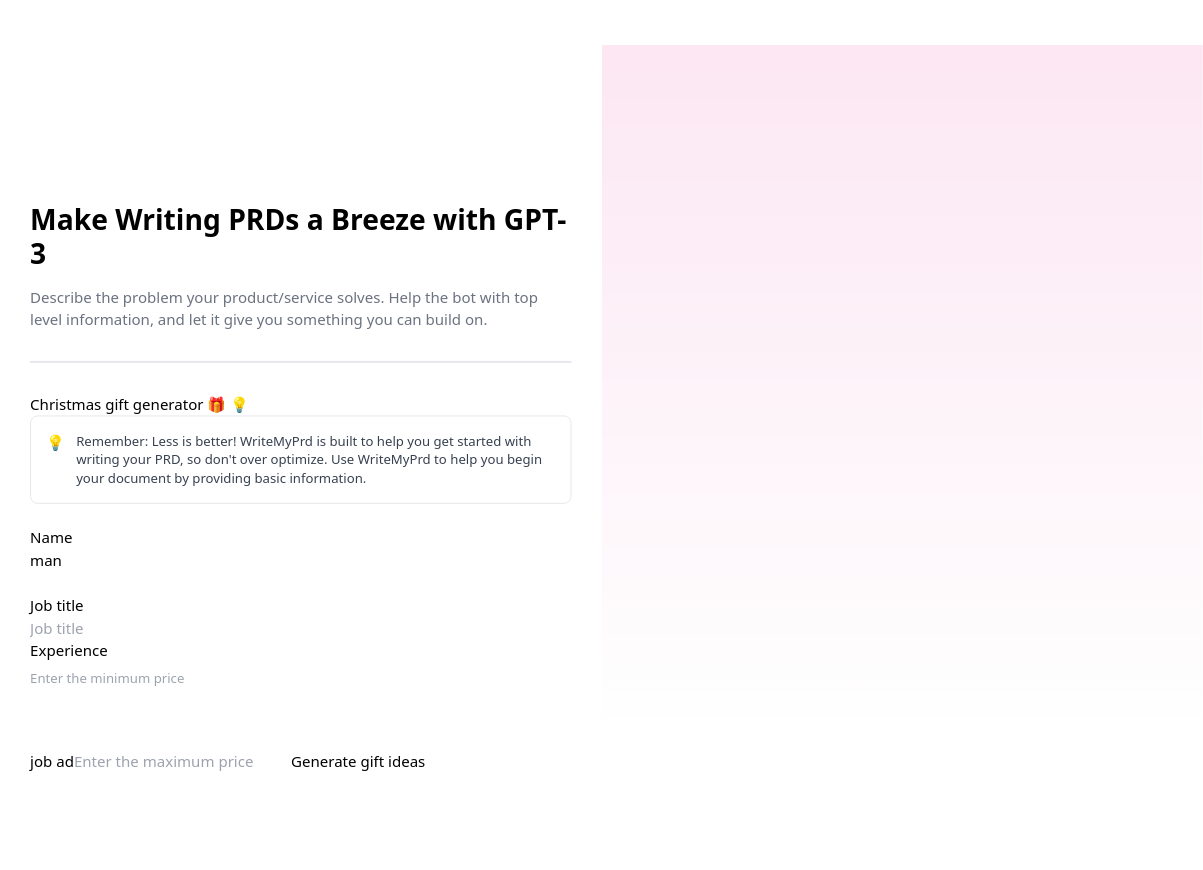
Repository: hamza-mastar/chatgpt-jpbad
Page: /
These files come from the project's save history. The page is drawn as it stood at one moment and after the next save; the edit follows.
The browser window is 1280 px wide. The pictures show the whole page, at 94% of full size.
The project was rebuilt for these pictures with package versions that can differ from the ones it lists, and the page was loaded fresh each time. The framework's server and built-in components were replaced by stand-ins that run in the browser.

Above is the page before, as saved 2023-01-30 04:42:23.

### pages/_app.js
import 'tailwindcss/tailwind.css'

import '../styles/globals.css'

export default function MyApp({ Component, pageProps }) {
  return <Component {...pageProps} />
}

### pages/index.js
import Head from 'next/head';
import React from 'react';
import { useState } from 'react';

import styles from './index.module.css';


// import './gifts.css'




export default function Home() {
  const [name, setName] = useState('man');
  const [job_title, setJob_title] = useState("");
  const [experience, setExperience] = useState("");
  const [job_ad, setJob_ad] = useState("");

  const [loading, setLoading] = useState(false);

  const [result, setResult] = useState('');

  async function onSubmit(event) {
    event.preventDefault();
    if (loading) {
      return;
    }
    setLoading(true);
    setResult('hamza');
    const response = await fetch('/api/generate-gifts', {
      method: 'POST',
      headers: {
        'Content-Type': 'application/json',
      },
      body: JSON.stringify({ name, job_title, experience, job_ad}),
    });
    const data = await response.json();
    setResult(data.result.replaceAll('\n', '<br />'));
    setLoading(false);
  }


  return (
    <>



    <dody class="h-full px-5 sm:px-6">
      <div class="flex relative sm:flex-col md: flex-col">

      <Head>
        <title>OpenAI Quickstart</title>
        <link rel="icon" href="/dog.png" />
      </Head>

      <main className={styles.main}>
     <div class="min-h-screen w-full lg:w-1/2 relative">
    <div class="h-full px-5 sm:px-6">
      <div class="h-full w-full max-w-xl mx-auto flex flex-col after:mt-auto after:flex-1">
        <header class="sm:flex-1 flex mb-auto sm:py-10 pt-6 items-center sm:justify-between flex-col sm:flex-row" >
          <div class="flex items-center justify-between h-24 md:h-20"> </div>

            {/* logo icone login  */}
            </header>
            <div class="flex-1 py-8">
           <div  class="mb-4" >
           <h1 class="text-3xl font-bold font-inter mb-2"> Make Writing PRDs a Breeze with GPT-3 </h1>
           <div class="text-gray-500 mt-4 mb-6"> Describe the problem your product/service solves. Help the bot with top level information, and let it give you something you can build on. </div>
           <div class="divide-y divide-gray-200 my-8 relative border"></div>





        <h3  >Christmas gift generator 🎁 💡</h3>
        <form  onSubmit={onSubmit} class="mb-12 relative">
        <div class="rounded-lg bg-white border p-4"><div class="flex"><div class="flex-shrink-0">💡</div><div class="ml-3 flex-1 md:flex md:justify-between"><p class="text-sm text-gray-700 font-medium"> Remember: Less is better! WriteMyPrd is built to help you get started with writing your PRD, so don't over optimize. Use WriteMyPrd to help you begin your document by providing basic information. </p></div></div></div>
        <div>
          <div class="py-6">
          <label >Name</label>
          <input class="form-input w-full"
            type="text"
            name="name"
            placeholder="Enter the Name"
            value={name}
            onChange={(e) => setName(e.target.value)}
          />
          </div>


          <label>Job title</label>
          <input class="form-input w-full"
            type="text"
            name="job_title"
            placeholder="Job title"
            value={job_title}
            onChange={(e) => setJob_title(e.target.value)}
          />

          <label>Experience </label>
          <textarea class="form-textarea text-sm pt-2 w-full resize-none" rows="4"
          type="textarea"
          name="experience"
          placeholder="Enter the minimum price"
          value={experience}
          onChange={(e) => setExperience(e.target.value)} >

            </textarea>

          <label> job ad</label>
          <input
            type="text"
            name="job_ad"
            placeholder="Enter the maximum price"
            value={job_ad}
            onChange={(e) => setJob_ad(e.target.value)}
          />



          <input type="submit" value="Generate gift ideas" />
          </div>
        </form>
        </div>
       </div>
        </div>
        </div>
          </div>

          {/* loging page ////////////////// */}

          <div class="relative lg:fixed right-0 bottom-0 lg:block lg:w-1/2 overflow-hidden sm:px-5 lg:h-full h-auto overflow-y-auto top-12">
            <div class="absolute inset-0 bg-gradient-to-b from-pink-100 to-white pointer-events-none -z-10" >
              {/* <div class="hidden md:block absolute right-0 pointer-events-none -z-10"> */}
                <div class="h-auto">
                {/* <div class="p-6 pb-0 h-[calc(100vh-6rem)]" > */}
                {/* <div class="form-textarea relative text-base w-full p-4 px-8 overflow-scroll h-[calc(100%-1rem)] shadow-2xl flex items-center justify-center" > */}
                {/* <div class="text-pink-600 font-mono text-left text-base font-semibold absolute top-4 left-4"> */}
        {loading && (
          <div>
            <h3>Looking for the best gift ideas 🎁 💡</h3>
            <img src="/loading.gif" className={styles.loading} />
          </div>



        )}
        <div class="is-typed pb-0 h-[calc(100vh-6rem)] form-textarea relative text-base w-full p-4 px-8 overflow-scroll   flex items-center justify-center "
          className={styles.result}
          dangerouslySetInnerHTML={{ __html: result }}


        />
        </div>
        </div>
        </div>
        {/* </div> */}
        {/* </div> */}
        {/* </div>
        </div> */}
      </main>
      </div>

      </dody>


    </>
  );
}
// Name Job_title Experience job_ad

### pages/index.module.css


@font-face {
  font-family: "ColfaxAI";
  src: url(https://cdn.openai.com/API/fonts/ColfaxAIRegular.woff2)
      format("woff2"),
    url(https://cdn.openai.com/API/fonts/ColfaxAIRegular.woff) format("woff");
  font-weight: normal;
  font-style: normal;
}
@font-face {
  font-family: "ColfaxAI";
  src: url(https://cdn.openai.com/API/fonts/ColfaxAIBold.woff2) format("woff2"),
    url(https://cdn.openai.com/API/fonts/ColfaxAIBold.woff) format("woff");
  font-weight: bold;
  font-style: normal;
}
/* .main,
.main input {
  font-size: 16px;
  line-height: 24px;
  color: #353740;
  font-family: "ColfaxAI", Helvetica, sans-serif;
}
.main {
  display: flex;
  flex-direction: column;
  align-items: center;
  padding-top: 60px;
}
.main .icon {
  width: 34px;
}
.main h3 {
  font-size: 32px;
  line-height: 40px;
  font-weight: bold;
  color: #202123;
  margin: 16px 0 40px;
}
.main form {
  display: flex;
  flex-direction: column;
  width: 320px;
}
.main input[type="text"] {
  padding: 12px 16px;
  border: 1px solid #10a37f;
  border-radius: 4px;
  margin-bottom: 24px;
  outline-color: #10a37f;
}
.main ::placeholder {
  color: #8e8ea0;
  opacity: 1;
}
.main input[type="submit"] {
  padding: 12px 0;
  color: #fff;
  background-color: #10a37f;
  border: none;
  border-radius: 4px;
  text-align: center;
  cursor: pointer;
}
.main .result {
  padding: 100px;
  font-weight: bold;
  margin-top: 40px;
  position:absolute;
  display: flex;
  justify-content: end;
} */

.main .loading {
  width: 50;
}

/* .main input[type="text"],
.main input[type="number"],
.main select {
  padding: 12px 16px;
  border: 1px solid #10a37f;
  border-radius: 4px;
  margin-bottom: 12px;
  margin-top: 4px;
}
.hamza {
  background-color: #10a37f;
} */






.relative {
  position: relative;
}

.nano {
  background-color: white;
  color: black;
  display: flex;
  overflow: scroll;
}

.form-textarea{
  border-width: 1px;
  --tw-border-opacity: 1;
  border-color: rgb(209 213 219 / var(--tw-border-opacity));
  --tw-bg-opacity: 1;
  background-color: rgb(255 255 255 / var(--tw-bg-opacity));
  height: 600px;
  width: 600px;
}

.texxt-base {
  font-size: 18px;
  line-height: 1.5;
  letter-spacing: -.01em;
  color: black

}
.typed {
  color: #1f2937;
  white-space: break-spaces;
  font-size: 100px;
}
@media only screen and (max-width: 600px) {
  .goho {
    width: auto;
    display: flex;
    justify-content:center ;

  }
}

Loaded but not shown: styles/globals.css (common file); tailwind.config.js (common file)

After the next save:
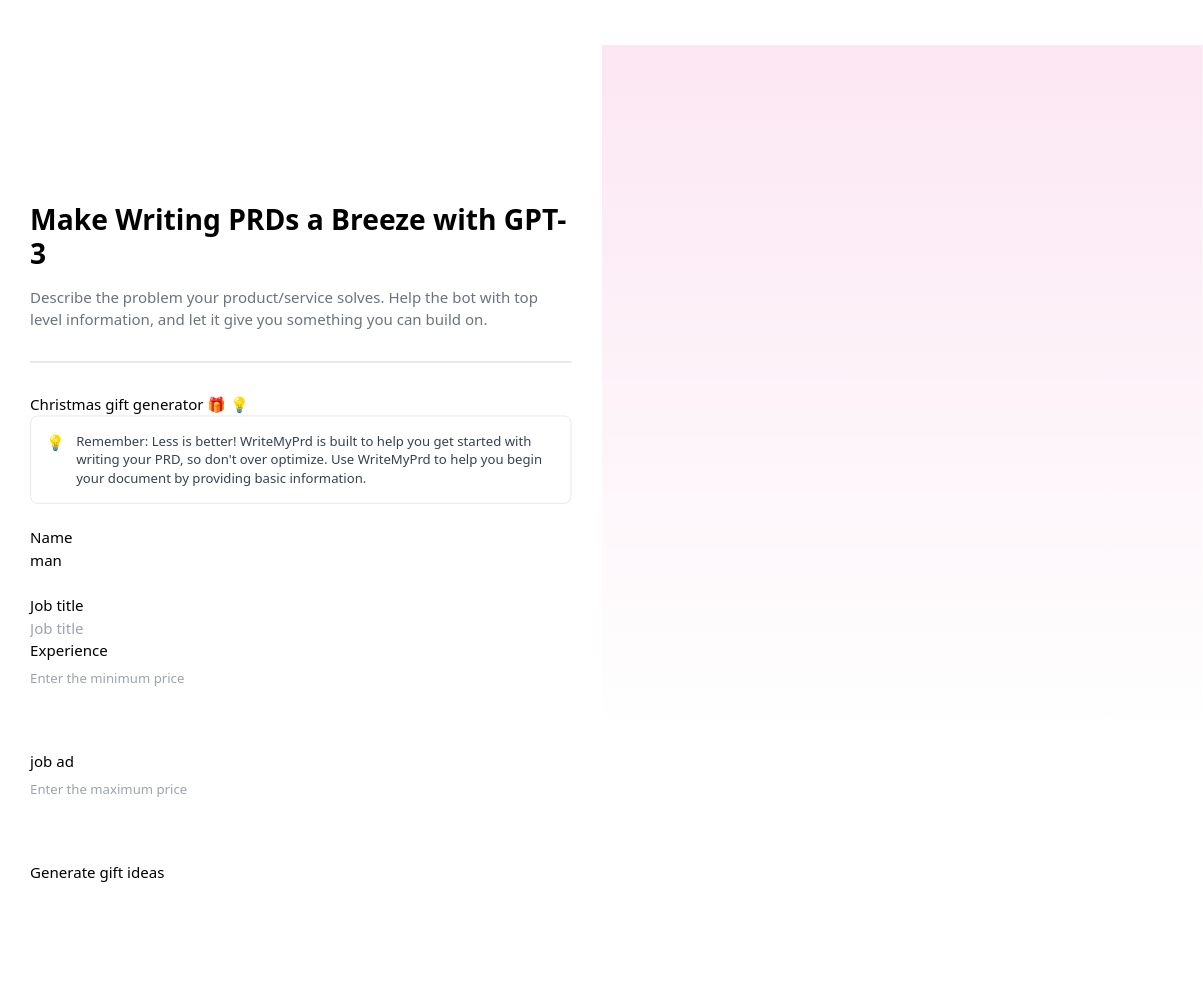
Saved 43 s later.
--- a/pages/index.js
+++ b/pages/index.js
@@ -108,13 +108,13 @@
             </textarea>
 
           <label> job ad</label>
-          <input
+          <textarea class="form-textarea text-sm pt-2 w-full resize-none" rows="4"
             type="text"
             name="job_ad"
             placeholder="Enter the maximum price"
             value={job_ad}
             onChange={(e) => setJob_ad(e.target.value)}
-          />
+          ></textarea>
 
 
 
